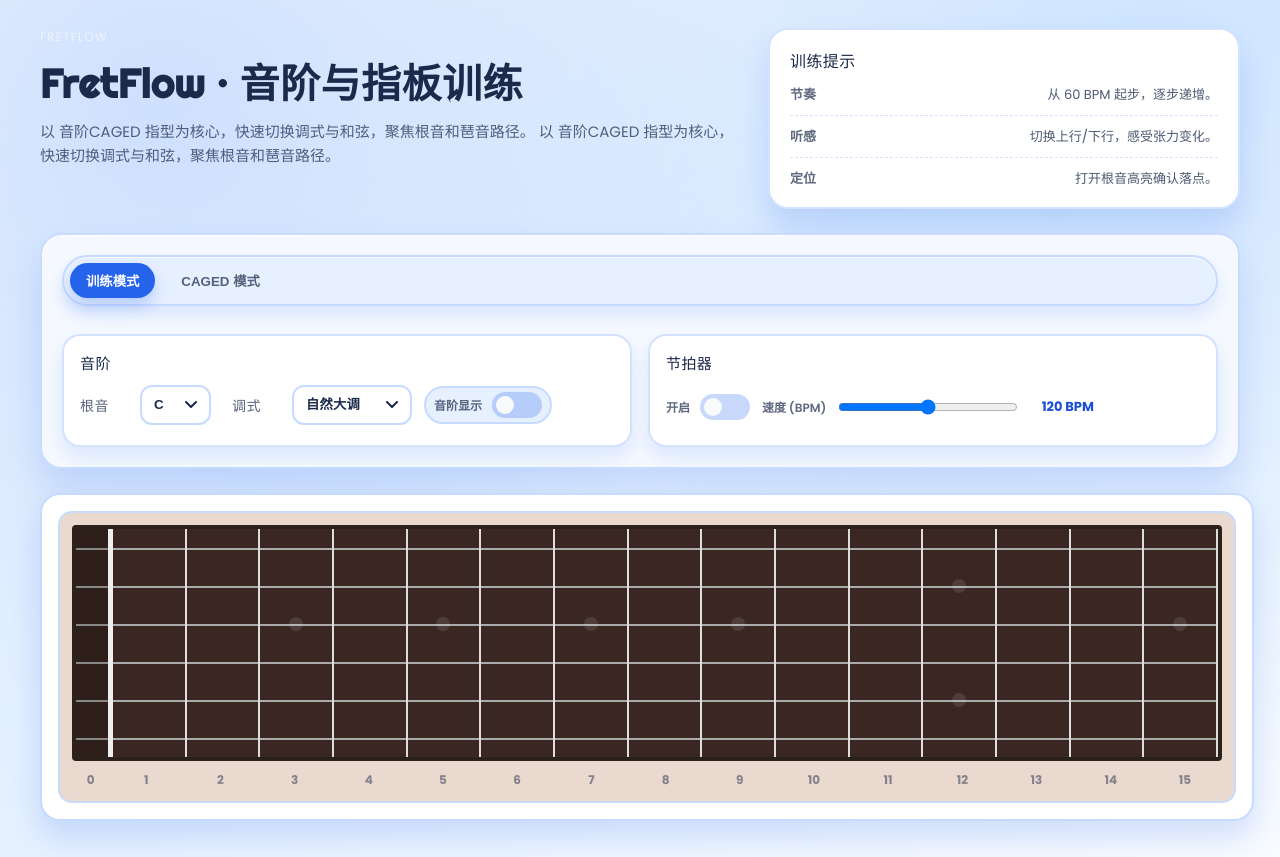
Repository: DaNN-55/FretFlow
Page: src/pages/chord-arpeggio.html
These files come from the project's save history. The page is drawn as it stood at one moment and after the next save; the edit follows.
The browser window is 1280 px wide. The pictures show the whole page.

Above is the page before, as saved 2026-02-06 11:23:14.

After the next save:
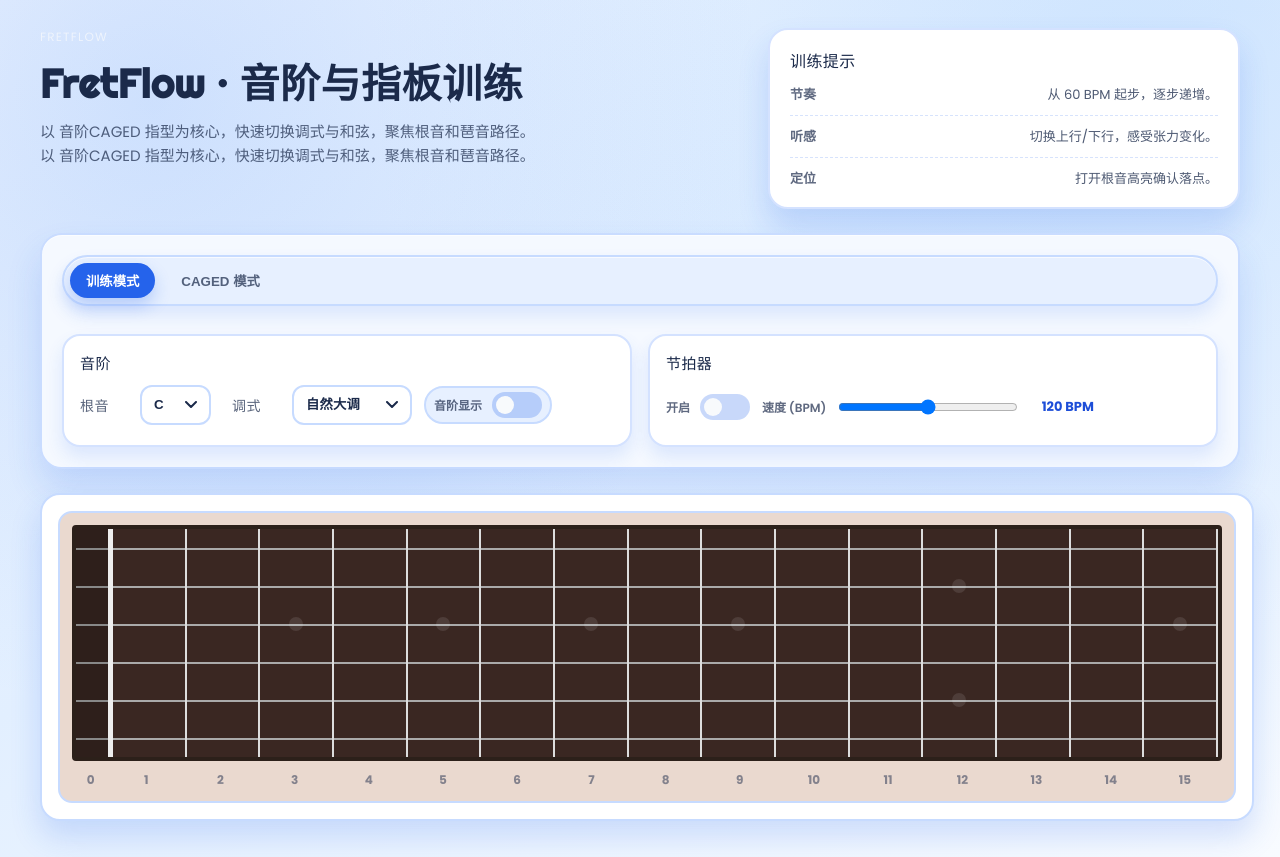
Saved 11 s later.
--- a/src/pages/chord-arpeggio.html
+++ b/src/pages/chord-arpeggio.html
@@ -20,8 +20,10 @@
           <p class="eyebrow">FretFlow</p>
           <h1>FretFlow · 音阶与指板训练</h1>
           <p class="hero-subtitle">
-            以 音阶CAGED 指型为核心，快速切换调式与和弦，聚焦根音和琶音路径。 以
-            音阶CAGED 指型为核心，快速切换调式与和弦，聚焦根音和琶音路径。
+            以 音阶CAGED 指型为核心，快速切换调式与和弦，聚焦根音和琶音路径。
+          </p>
+          <p class="hero-subtitle">
+            以 音阶CAGED 指型为核心，快速切换调式与和弦，聚焦根音和琶音路径。
           </p>
         </div>
         <div class="hero-card">
